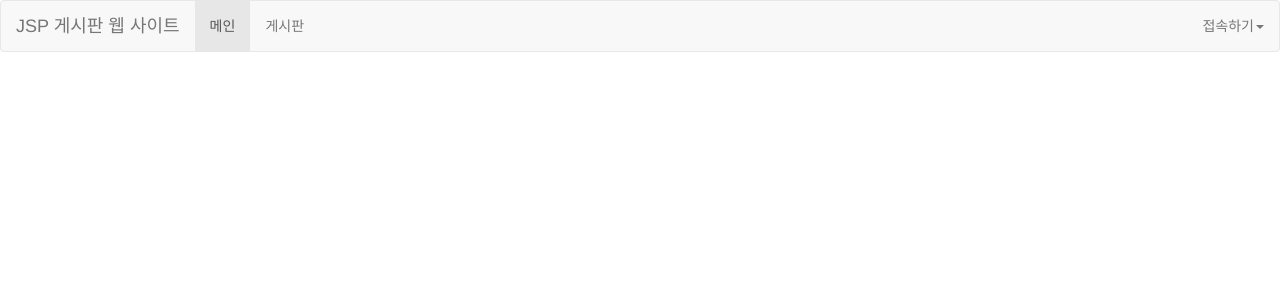
Repository: dirn0568/project
Page: http://localhost/myWeb/main.jsp
The author's editor kept a copy of each file at every save. The page is drawn from the files as they stood at one save, then again after the next save.
The browser window is 1280 px wide. The pictures show the whole page.
The page is served by Tomcat 9.

Above is the page before, as saved 2022-10-07 09:23:22.
Console error (its wording comes from the project's code and is left out).

After the next save:
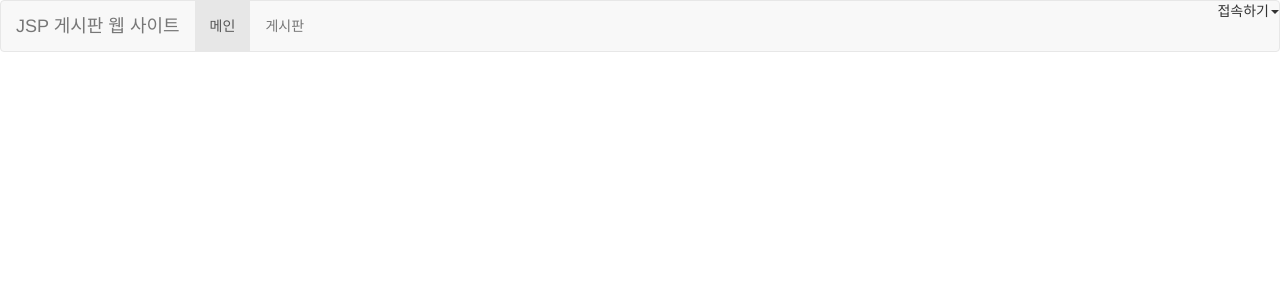
Saved 39 s later.
--- a/myWeb/src/main/webapp/main.jsp
+++ b/myWeb/src/main/webapp/main.jsp
@@ -39,9 +39,9 @@
 			%>
 			<ul class="nav navbar-nav navbar-right">
 				<li class="dropdown">
-					<a href="#" class="dropdown-toggle"
+					<div class="dropdown-toggle"
 						data-toggle="dropdown" role="button" aria-haspopup="true"
-						aria-expanded="false">접속하기<span class="caret"></span></a>
+						aria-expanded="false">접속하기<span class="caret"></span></div>
 					<ul class="dropdown-menu">
 						<li><a href="login.jsp">로그인</a></li>
 						<li><a href="join.jsp">회원가입</a></li>

After the 2 saves that followed:
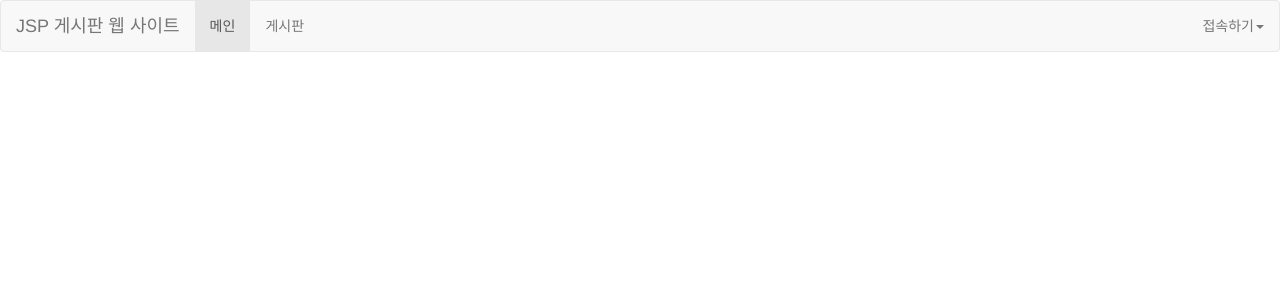
The 2 saves are shown as one change because 1 left the picture as it was.
The last was saved 89 s later.
--- a/myWeb/src/main/webapp/main.jsp
+++ b/myWeb/src/main/webapp/main.jsp
@@ -11,12 +11,6 @@
 <title>JSP 게시판 웹 사이트</title>
 </head>
 <body>
-	<%
-		String userID = null;
-		if (userID == null) {
-			userID = "hi";
-		}
-	%>
 	<nav class="navbar navbar-default">
 		<div class="navbar-header">
 			<button type="button" class="navbar-toggle collapsed"
@@ -33,37 +27,17 @@
 				<li class="active"><a href="main.jsp">메인</a></li>
 				<li><a href="bbs.jsp">게시판</a></li>
 			</ul>
-			<%
-				Object register = session.getAttribute("userID");
-				if (register == null) {
-			%>
 			<ul class="nav navbar-nav navbar-right">
 				<li class="dropdown">
-					<div class="dropdown-toggle"
+					<a href="#" class="dropdown-toggle"
 						data-toggle="dropdown" role="button" aria-haspopup="true"
-						aria-expanded="false">접속하기<span class="caret"></span></div>
+						aria-expanded="false">접속하기<span class="caret"></span></a>
 					<ul class="dropdown-menu">
 						<li><a href="login.jsp">로그인</a></li>
 						<li><a href="join.jsp">회원가입</a></li>
 					</ul>
 				</li>
 			</ul>
-			<%
-				} else {
-			%>
-			<ul class="nav navbar-nav navbar-right">
-				<li class="dropdown">
-					<a href="#" class="dropdown-toggle"
-						data-toggle="dropdown" role="button" aria-haspopup="true"
-						aria-expanded="false">회원관리<span class="caret"></span></a>
-					<ul class="dropdown-menu">
-						<li><a href="logoutAction.jsp">로그아웃</a></li>
-					</ul>
-				</li>
-			</ul>
-			<%
-				}
-			%>
 		</div>
 	</nav>
 	<script src="js/bootstrap.js"></script>
